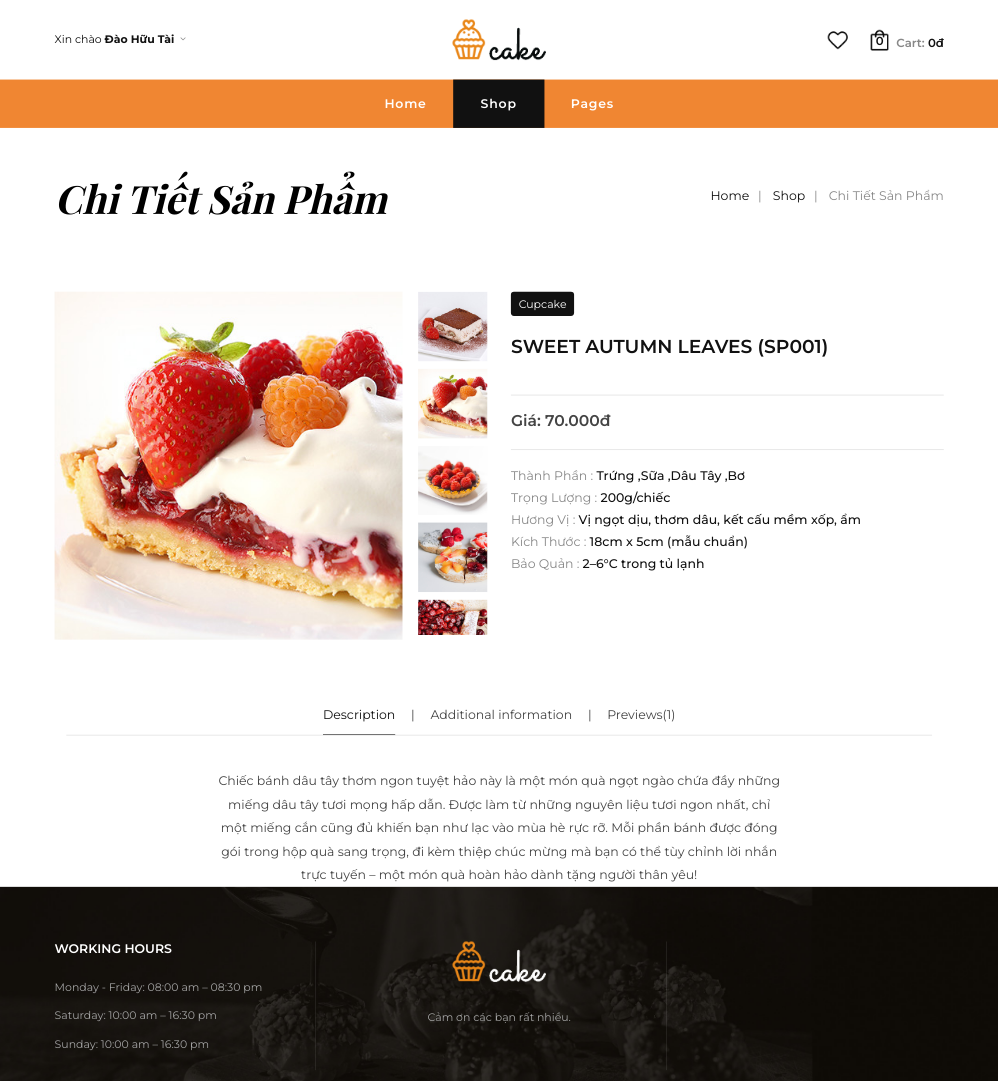
Repository: nhanto2n-byte/Nhom10ChieuThu3
Page: ProjectWeb/cake-main/shop-chitiet.html
The author's editor kept a copy of each file at every save. The page is drawn from the files as they stood at one save, then again after the next save.
The browser window is 1280 px wide. The pictures show the whole page, at 78% of full size.

Above is the page before, as saved 2025-11-04 11:20:27.

After the next save:
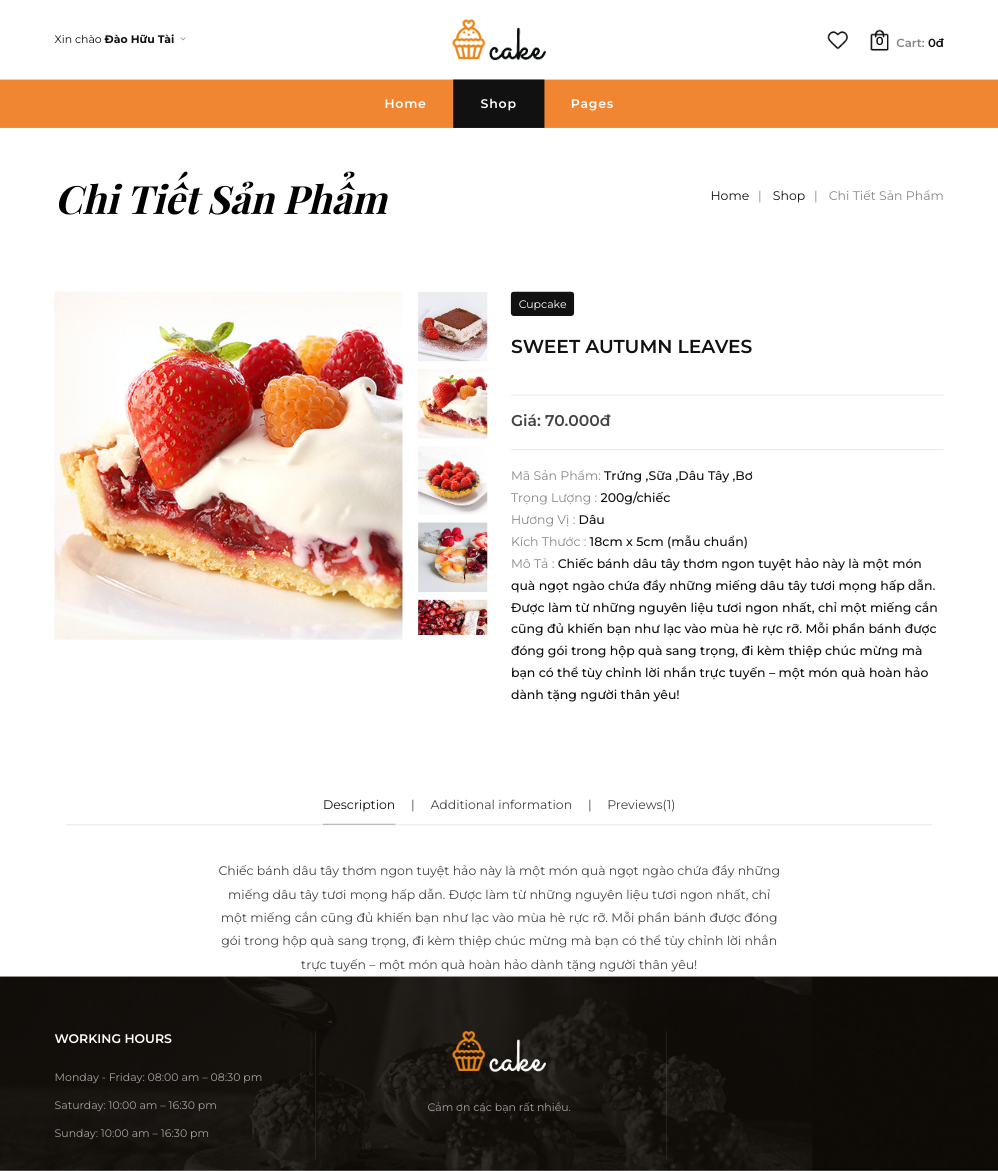
Saved 9 min 57 s later.
--- a/ProjectWeb/cake-main/shop-chitiet.html
+++ b/ProjectWeb/cake-main/shop-chitiet.html
@@ -238,17 +238,18 @@
                 <div class="col-lg-6">
                     <div class="product__details__text">
                         <div class="product__label">Cupcake</div>
-                        <h4>SWEET AUTUMN LEAVES (SP001)</h4>
+                        <h4>SWEET AUTUMN LEAVES </h4>
                          <h5> </h5>
                         <h5>Giá: 70.000đ</h5>
                         <p></p>
                         <ul>
 
-                            <li>Thành Phần : <span>Trứng ,Sữa ,Dâu Tây ,Bơ </span></li>
+                            <li>Mã Sản Phẩm: <span>Trứng ,Sữa ,Dâu Tây ,Bơ </span></li>
                              <li>Trọng Lượng : <span> 200g/chiếc </span></li>
-                            <li>Hương Vị : <span>Vị ngọt dịu, thơm dâu, kết cấu mềm xốp, ẩm</span></li>
+                            <li>Hương Vị : <span>Dâu</span></li>
                             <li>Kích Thước : <span> 18cm x 5cm (mẫu chuẩn)</span></li>
-                            <li>Bảo Quản : <span>2–6°C trong tủ lạnh  </span></li>
+                            <li>Mô Tả : <span>Chiếc bánh dâu tây thơm ngon tuyệt hảo này là một món quà ngọt ngào chứa đầy những miếng dâu tây tươi mọng hấp dẫn. Được làm từ những nguyên liệu tươi ngon nhất, chỉ một miếng cắn cũng đủ khiến bạn như lạc vào mùa hè rực rỡ.
+Mỗi phần bánh được đóng gói trong hộp quà sang trọng, đi kèm thiệp chúc mừng mà bạn có thể tùy chỉnh lời nhắn trực tuyến – một món quà hoàn hảo dành tặng người thân yêu! </span></li>
 
                         </ul>
 
